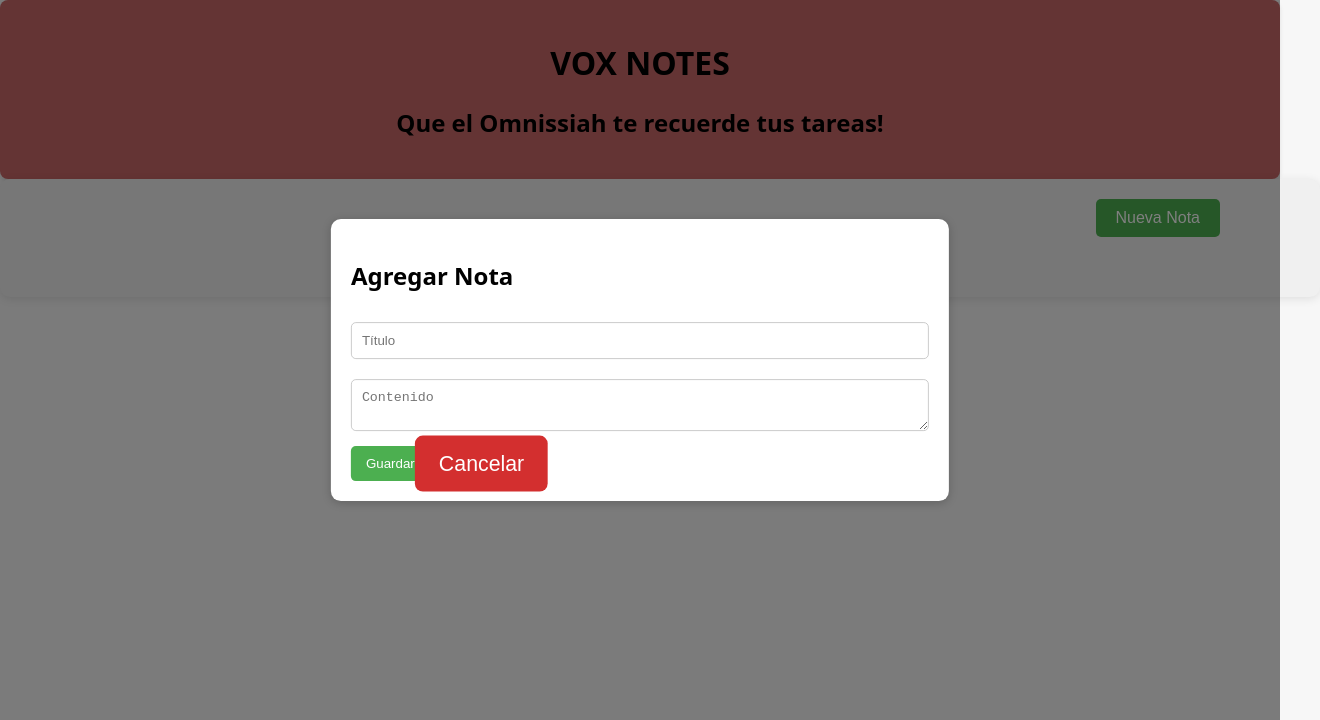
Repository: xunxuno/aplicacion_web_notas
Page: / (app in notas_web_app/), after clicking the first element matching `button.add-note-button`
An editor plug-in stored every save of this project. The page is shown before and after the next save, followed by the edit.
The browser window is 1280 px wide. The page is 1320 px wide, so the pictures cover 1320 px, including what lies to the right of the window. The pictures show the whole page.
The pointer rests on the first visible `.modal-content .cancel-button`.
The project was rebuilt for these pictures with package versions that can differ from the ones it lists, and the page was loaded fresh each time. Also part of the build but not shown: notas_web_app/vite.config.ts, notas_web_app/src/components/Note.tsx, notas_web_app/src/components/NoteCollection.tsx.

Above is the page before, as saved 2024-10-03 12:47:00.

After the next save:
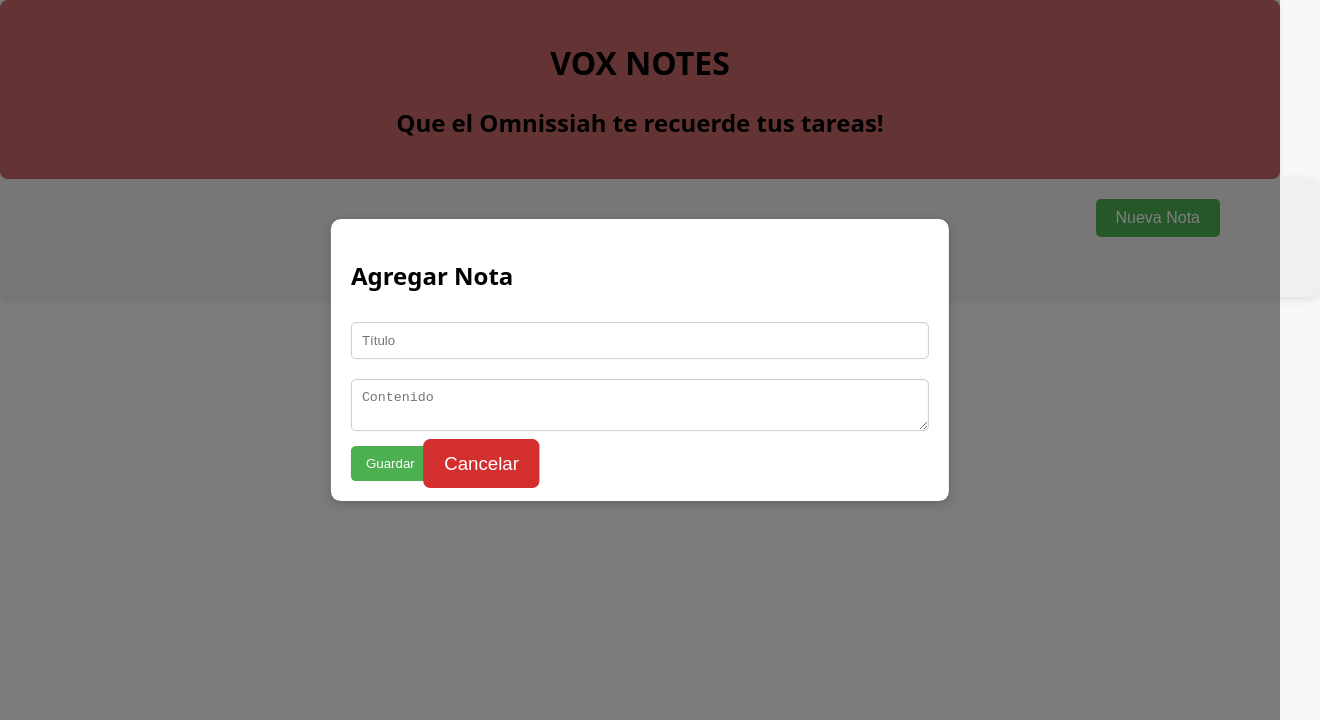
Saved 9 s later.
--- a/notas_web_app/src/styles.css
+++ b/notas_web_app/src/styles.css
@@ -189,7 +189,7 @@ body {
 /* Efecto hover para el botón de cancelar en el modal */
 .modal-content .cancel-button:hover {
   background-color: #d32f2f; /* Color más oscuro al pasar el mouse */
-  transform: scale(1.6); /* Efecto de zoom al pasar el mouse */
+  transform: scale(1.4); /* Efecto de zoom al pasar el mouse */
 }
 
 
